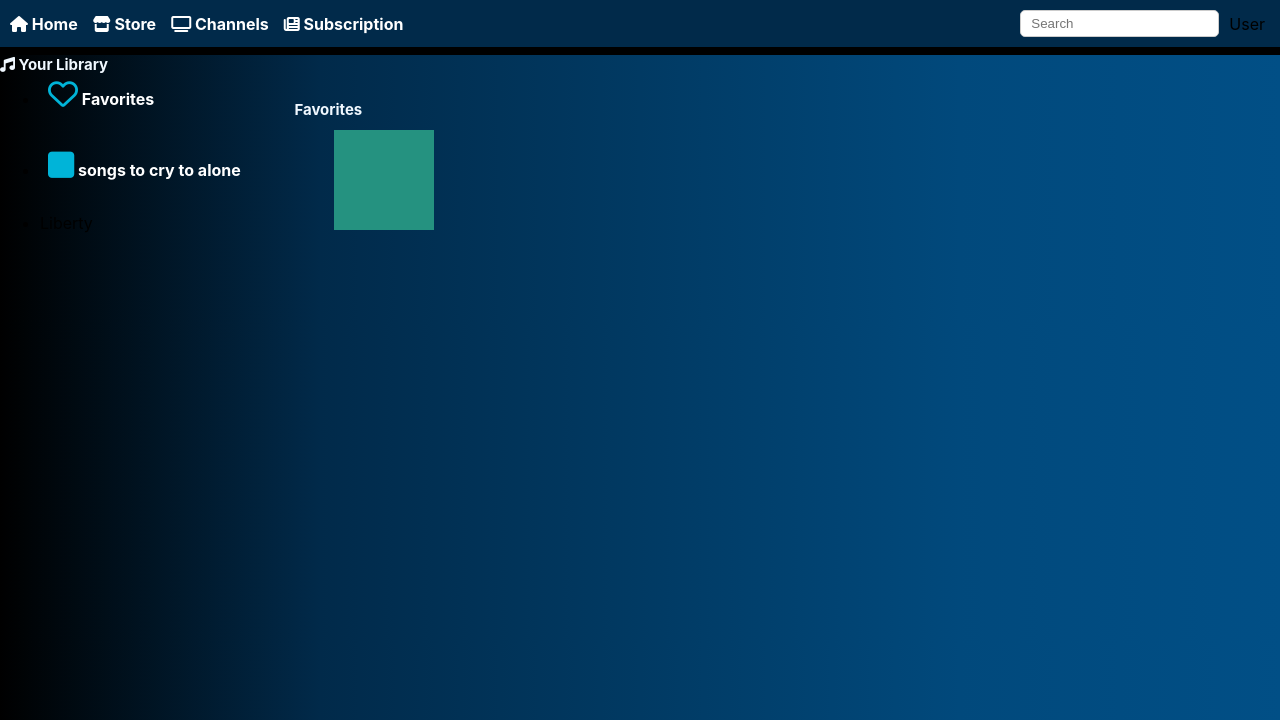
Repository: gordonnrat/group-2-project
Page: / (app in source-code/)
The author's editor kept a copy of each file at every save. The page is drawn from the files as they stood at one save, then again after a run of saves.
The browser window is 1280 px wide. The pictures show the whole page.
The project was rebuilt for these pictures with package versions that can differ from the ones it lists, and the page was loaded fresh each time. Also part of the build but not shown: source-code/src/App.css, source-code/src/App.js, source-code/src/components/pages/Login.js.

Above is the page before, as saved 2023-07-26 16:42:52.

After the next 4 saves:
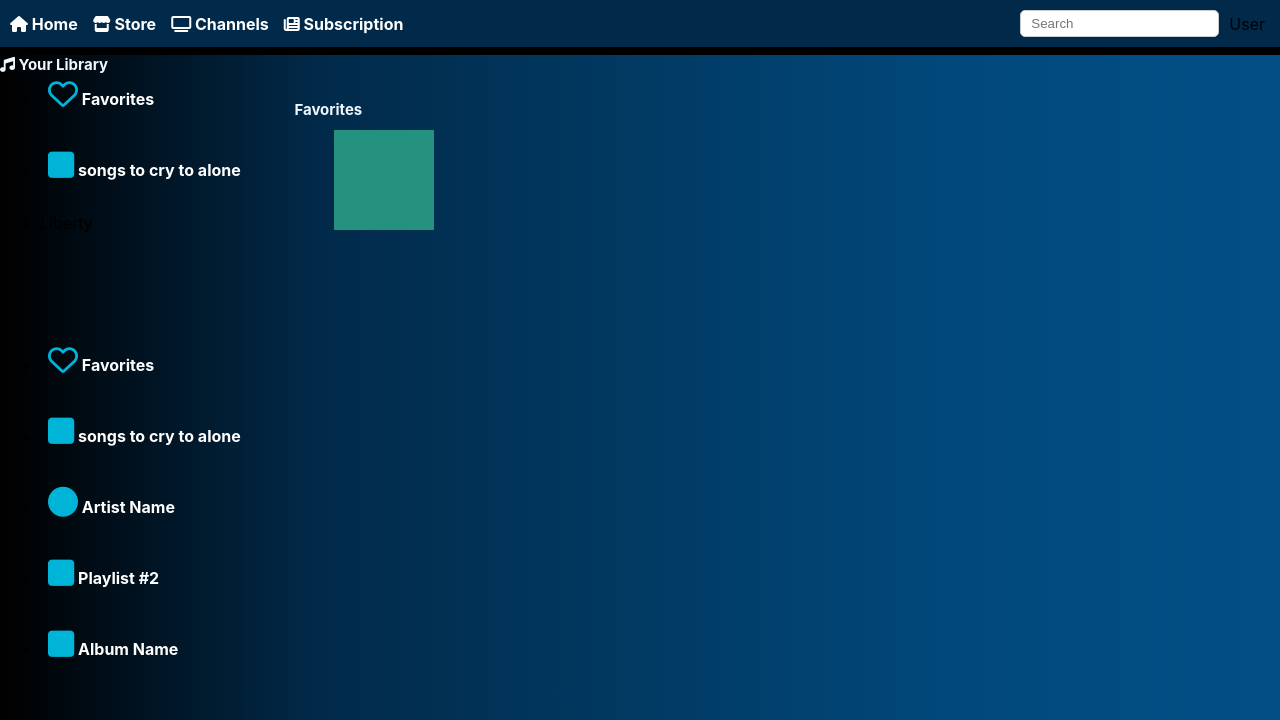
The 4 saves are shown as one change because 1 did not build or start and some came seconds apart.
The last was saved 45 s later.
--- a/source-code/src/components/pages/Home.js
+++ b/source-code/src/components/pages/Home.js
@@ -1,5 +1,7 @@
 import React from "react";
+import { Link } from "react-router-dom";
 import Navbar from "../Navbar";
+import Sidebar from "../Sidebar"; // Import the Sidebar component
 import "./js.css"; // Import the CSS file you created
 
 function Home() {
@@ -18,6 +20,7 @@
           <div className="square"></div>
         </div>
       </a>
+      <Sidebar /> {/* Render the Sidebar component */}
     </div>
   );
 }

After the save that followed:
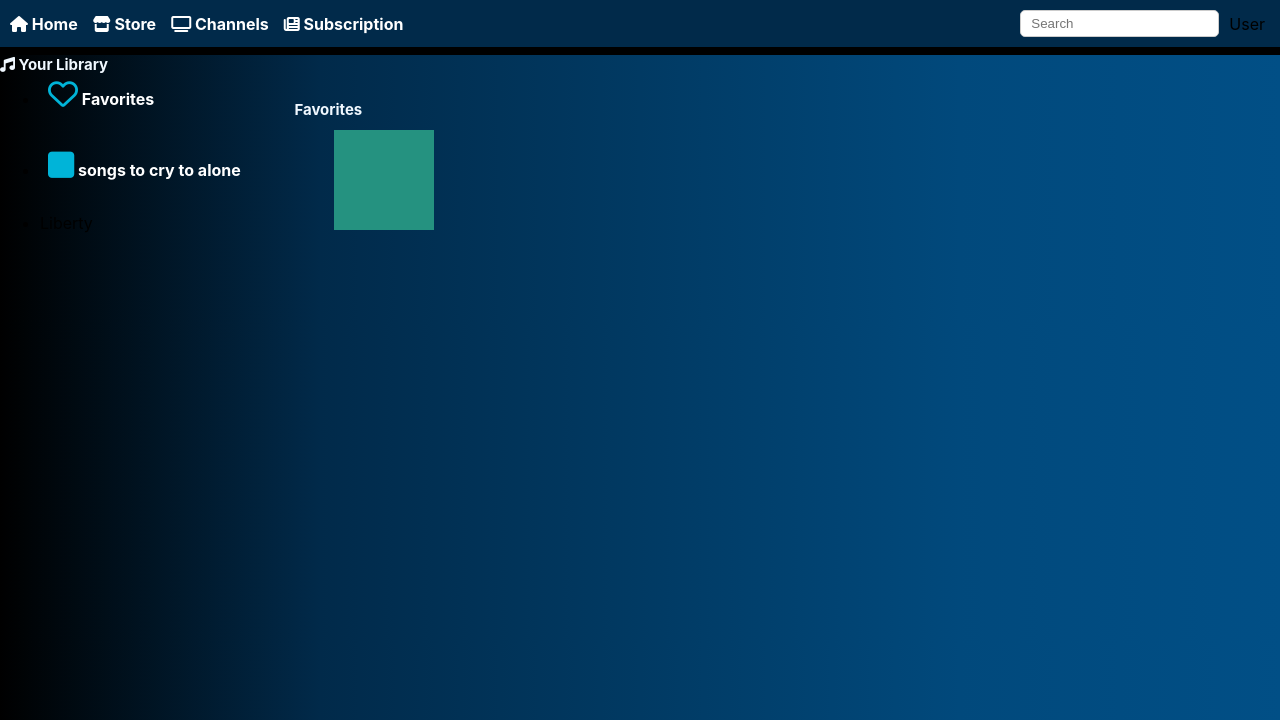
Saved 6 s later.
--- a/source-code/src/components/pages/Home.js
+++ b/source-code/src/components/pages/Home.js
@@ -1,7 +1,6 @@
 import React from "react";
-import { Link } from "react-router-dom";
+import { Link } from "react-router-dom"; // Assuming you're using React Router for navigation
 import Navbar from "../Navbar";
-import Sidebar from "../Sidebar"; // Import the Sidebar component
 import "./js.css"; // Import the CSS file you created
 
 function Home() {
@@ -14,13 +13,12 @@
       <ul>
         <li>Liberty</li>
       </ul>
-      <a href="#favorites"> {/* Anchor tag to make the square clickable */}
+      <a href="/Favorites"> {/* Anchor tag to make the square clickable */}
         <div className="square-container">
           <div className="text">Favorites</div> {/* Add the text above the square */}
           <div className="square"></div>
         </div>
       </a>
-      <Sidebar /> {/* Render the Sidebar component */}
     </div>
   );
 }
